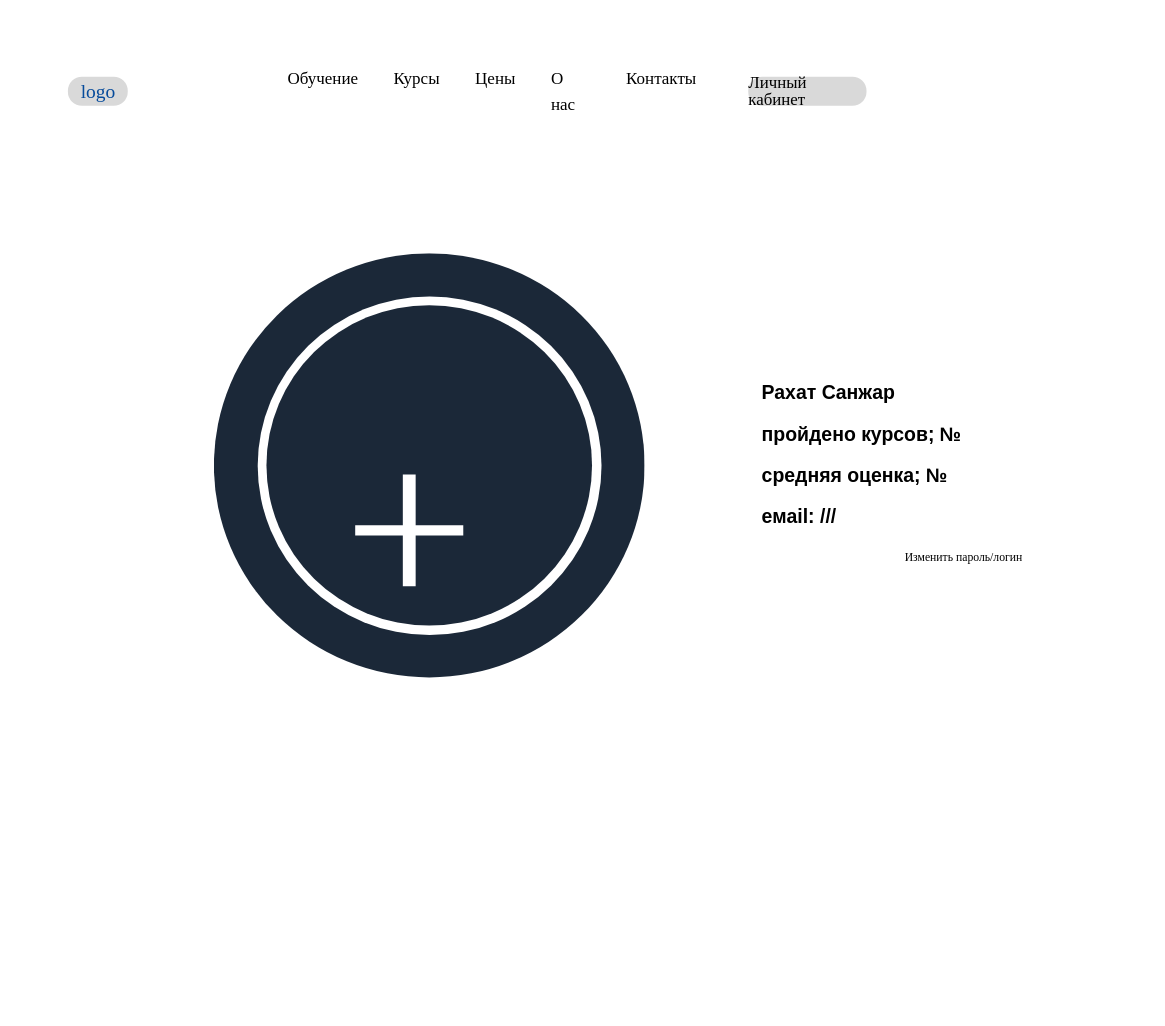
Repository: marjango/course
Page: /auth/profile
An editor plug-in stored every save of this project. The page is shown before and after the next save, followed by the edit.
The browser window is 1280 px wide. The page is 1596 px wide, so the pictures cover 1596 px, including what lies to the right of the window. The pictures show the whole page, at 73% of full size.
The project was rebuilt for these pictures with package versions that can differ from the ones it lists, and the page was loaded fresh each time. The framework's server and built-in components were replaced by stand-ins that run in the browser. Also part of the build but not shown: next.config.ts.

Above is the page before, as saved 2025-03-27 17:33:38.

### app/layout.tsx
import type { Metadata } from "next";
import "./globals.css";
import './fonts.css';


export const metadata: Metadata = {
  title: "сourse",
  description: "it course",
};

export default function RootLayout({
  children,
}: Readonly<{
  children: React.ReactNode;
}>) {
  return (
    <html lang="en">
      <body

      >
        {children}
      </body>
    </html>
  );
}

### app/[auth]/profile/page.tsx
import React from "react";
import Image from "next/image";
import s from "./profile.module.css";
import Link from "next/link";
import photo from './img/profilephoto.svg'

const profile = () => {
  return (
    <>
      <div className={s.profilepage}>
        <div className={s.headerContainer}>
          <Link href="/" className={s.logo}>
            logo
          </Link>

          <div className={s.nav}>
            <Link href="/learningpage">Обучение</Link>
            <Link href="/coursespage">Курсы</Link>
            <Link href="/pricepage">Цены</Link>
            <Link href="/aboutus">О нас</Link>
            <Link href="#">Контакты</Link>
          </div>

          <Link href="/profile" className={s.personal}>
            Личный кабинет
          </Link>
        </div>
        <div className={s.profile}>
            <Image src={photo} alt="photo"/>
            <div className={s.description}>
                <p className={s.name}>Рахат Cанжар</p>
                <p>пройдено курсов; №</p>
                <p>средняя оценка; №</p>
                <p>емail: ///</p>
                <button>Изменить пароль/логин</button>
            </div>
        </div>
      </div>
    </>
  );
};

export default profile;

### app/globals.css
@import "tailwindcss";

* {
  font-family: 'Doloman Pavljenko';
}

h1 {
  font-family: 'Intro Friday', sans-serif;
  font-size: 3.39vw;
  line-height: 1.2;
  color: white;
  font-weight: bold;
  text-transform: uppercase;
}

p {
  font-size: 2.08vw;
  line-height: 2.08vw;
  font-weight: 300;
}

### app/fonts.css
@font-face {
    font-family: 'Doloman Pavljenko';
    src: url("/public/fonts/DolomanPavljenko.otf") format('otf'),
    url("/public/fonts/DolomanPavljenko.otf") format('otf');
    font-weight: normal;
    font-style: normal;
  }

   @font-face {
     font-family: "Intro Friday";
     src: url("/public/fonts/Intro\ Friday\ Regular.ttf") format("ttf"),
     url("/public/fonts/Intro\ Friday\ Regular.ttf") format("ttf");
     font-weight: normal;
     font-style: normal;
   }

### app/[auth]/profile/profile.module.css
.profilepage {
background-color: white;
padding: 7.03vw 7.29vw 12.60vw 7.29vw;
}
.headerContainer {
    background: transparent;
    display: flex;
    justify-content: space-between;
    align-items: center;
    width: 100%;
    margin-bottom: 10.42vw;
  }

  .logo {
    padding: 0.52vw 1.35vw;
    background-color: #D9D9D9;
    border: none;
    border-radius: 1.51vw;
    color: #064b9b;
    font-size: 2.08vw;
    line-height: 2.08vw;
    font-weight: 300;
  }

  .nav {
    margin-left: 17.08vw;
    justify-self: center;
    font-size: 1.82vw;
    font-weight: 300;
    display: flex;
    gap: 3.8vw;
  }

  .personal {
    margin-left: 5.57vw;
    background-color: #D9D9D9;
    width: 12.66vw;
    height: 3.13vw;
    display: flex;
    justify-content: center;
    align-items: center;
    border: none;
    border-radius: 1.51vw;
    color: black;
    font-size: 1.8vw;
    line-height: 1.8vw;
    font-weight: 300;
  }

  .profile {
    margin: 187px 0 290px 200px ;
    display: flex;
    gap: 160px;
    align-items: center;
  }

  .description {
    display: flex;
    flex-direction: column;
    gap: 30px;
  }
  .description p {

    font-weight: bold;
    font-family: 'Intro Friday', sans-serif;
  }
  .description button {
    width: 553px;
    height: ;
  }

After the next save:
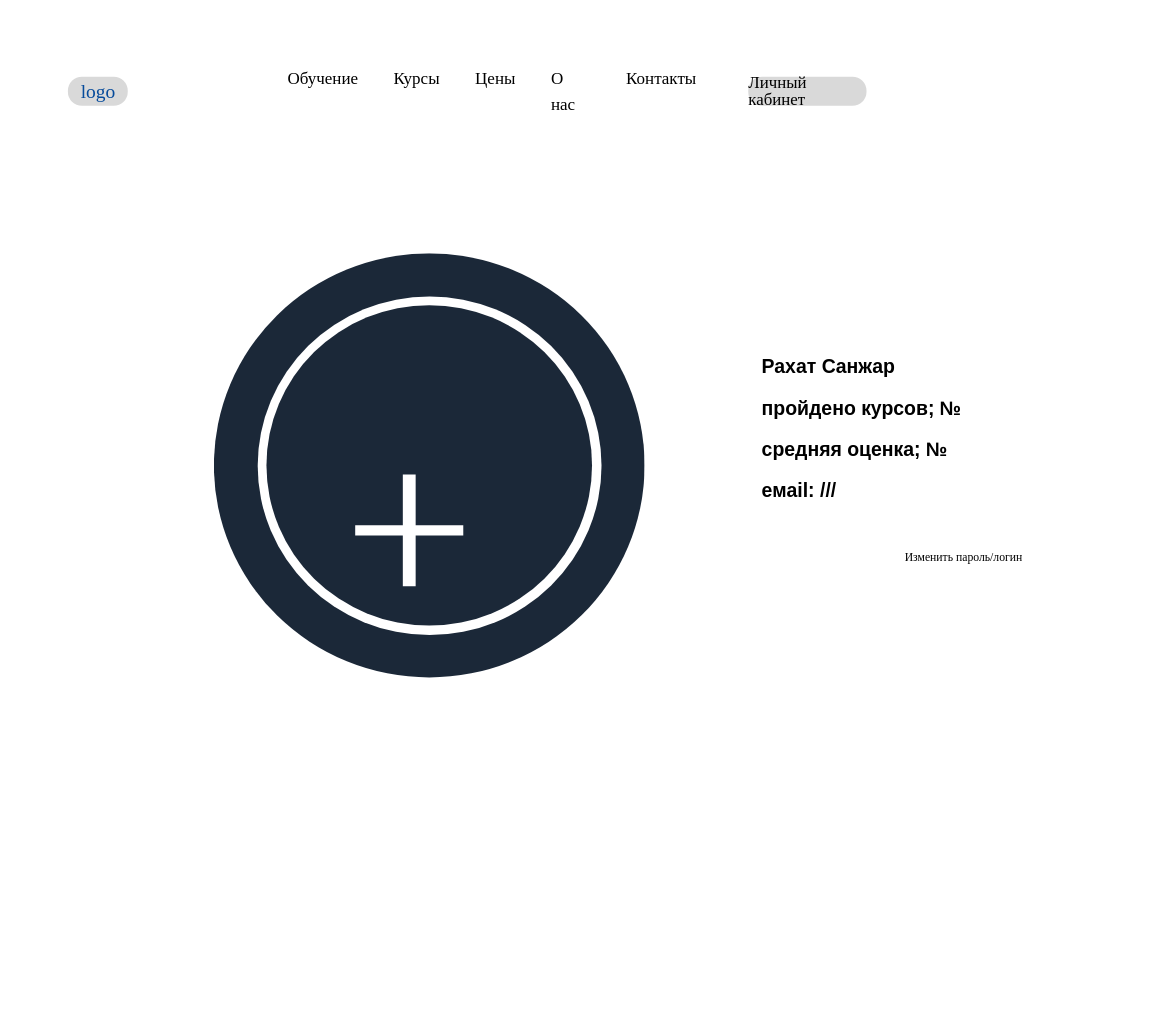
Saved 4 s later.
--- a/app/[auth]/profile/profile.module.css
+++ b/app/[auth]/profile/profile.module.css
@@ -66,5 +66,6 @@ padding: 7.03vw 7.29vw 12.60vw 7.29vw;
   }
   .description button {
     width: 553px;
-    height: ;
+    height: 96px;
+
   }
